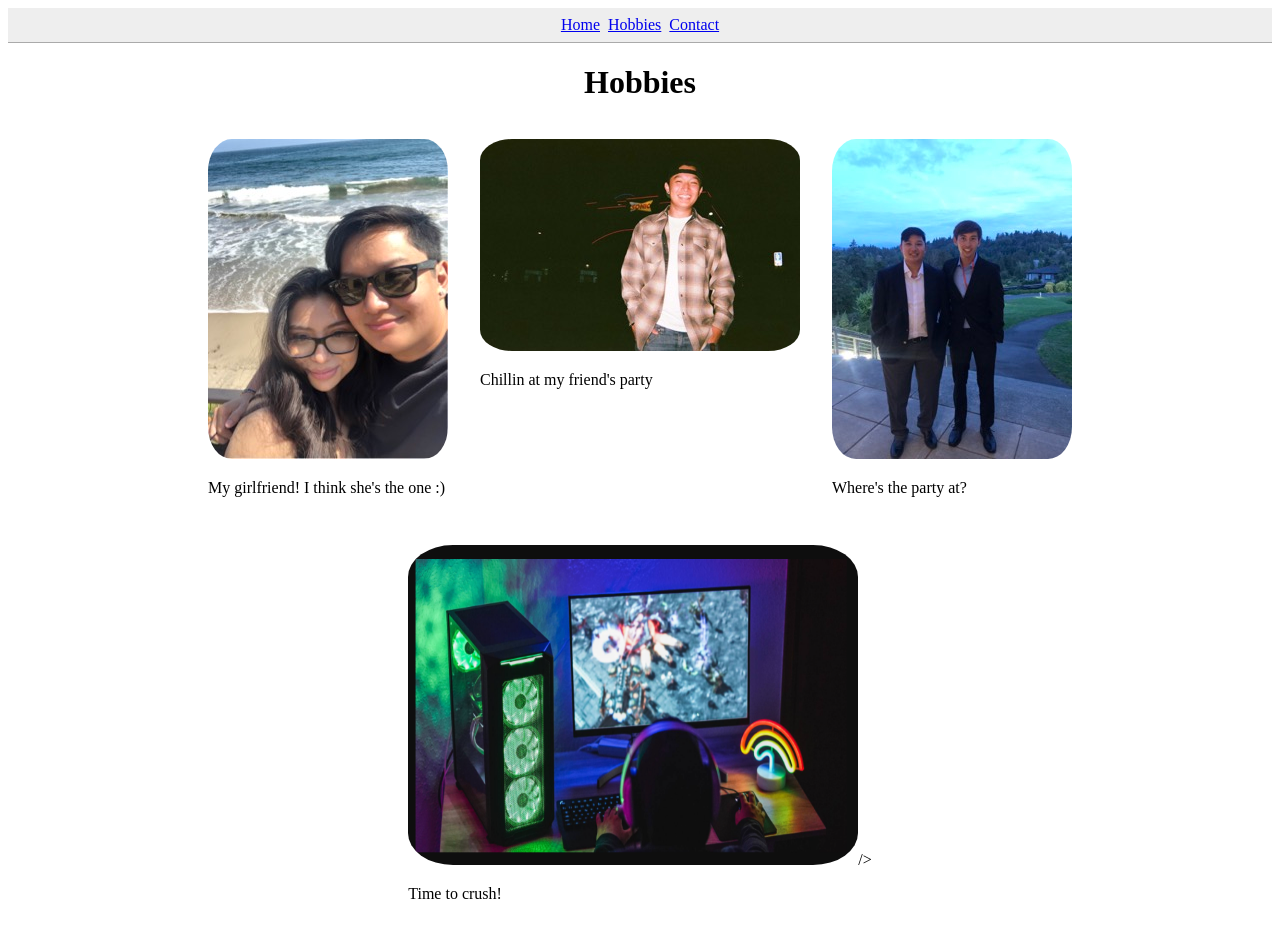
Repository: sebas6292/Jeff-Midterm
Page: hobby.html
The author's editor kept a copy of each file at every save. The page is drawn from the files as they stood at one save, then again after the next save.
The browser window is 1280 px wide. The pictures show the whole page.

Above is the page before, as saved 2023-04-30 22:58:17.

### hobby.html
<!DOCTYPE html>
<html lang="en">
  <head>
    <title>Home</title>
    <meta charset="UTF-8" />
    <meta name="viewport" content="width=device-width" />
    <link rel="stylesheet" href="styles.css" />
  </head>
  <body>
    <nav>
      <a href="/home.html">Home</a>
      <a href="/hobby.html">Hobbies</a>
      <a href="/contact.html">Contact</a>
    </nav>
    <main>
      <h1 class="title">Hobbies</h1>

      <section class="container">
        <div class="box-container">
            <img class="img-hobbies" src="pics/Relationship.jpeg" />
            <p>My girlfriend! I think she's the one :)</p>
        </div>
        <div class="box-container">
            <img class="img-hobbies"  src="pics/Swag.jpeg" />
            <p>Chillin at my friend's party</p>
        </div>
        <div class="box-container">
            <img class="img-hobbies" src="pics/Business-Attire.jpeg" />
            <p>Where's the party at?</p>
        </div>
        <div class="box-container">
            <img class="img-hobbies" src="pics/PC.png" style="width:450px;height:320px;"/>/>
            <p>Time to crush!</p>
        </div>
      </section>

    </main>
  </body>
</html>

### styles.css

nav {
    display: flex;
  flex-wrap: wrap;
  align-items: center;
  justify-content: center;
  padding: 0.5rem;
  gap: 0.5rem;
  border-bottom: solid 1px #aaa;
  background-color: #eee;
}

.title {
  display: flex;
  justify-content: center;
}

/* hobbies */
.container {
  display: flex;
  flex-wrap: wrap;
  justify-content: center ;
}
.box-container {
  padding: 1rem;
}
.img-hobbies {
  border-radius: 10%;
}

After the next save:
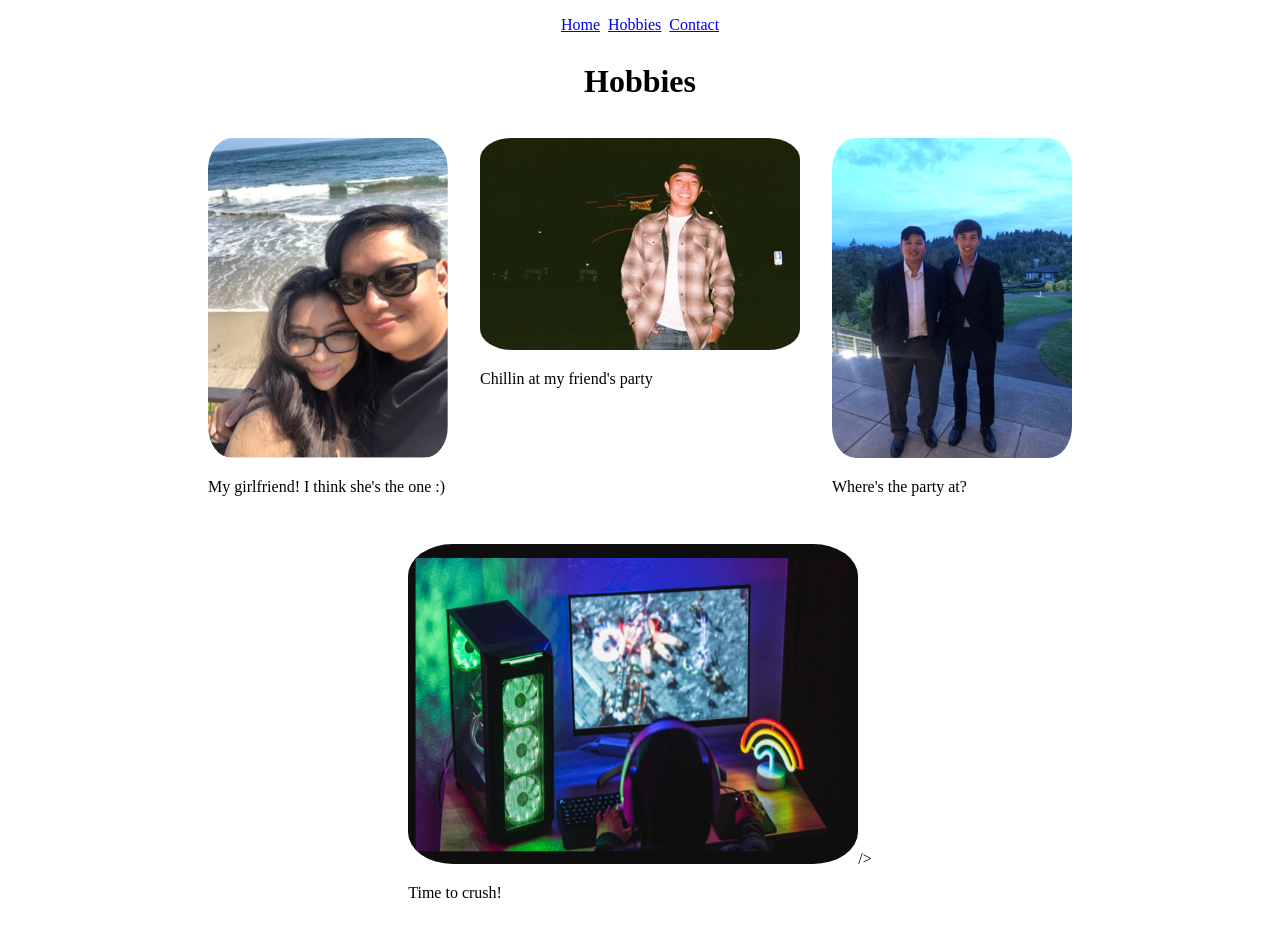
Saved 18 s later.
--- a/styles.css
+++ b/styles.css
@@ -6,8 +6,7 @@ nav {
   justify-content: center;
   padding: 0.5rem;
   gap: 0.5rem;
-  border-bottom: solid 1px #aaa;
-  background-color: #eee;
+
 }
 
 .title {
